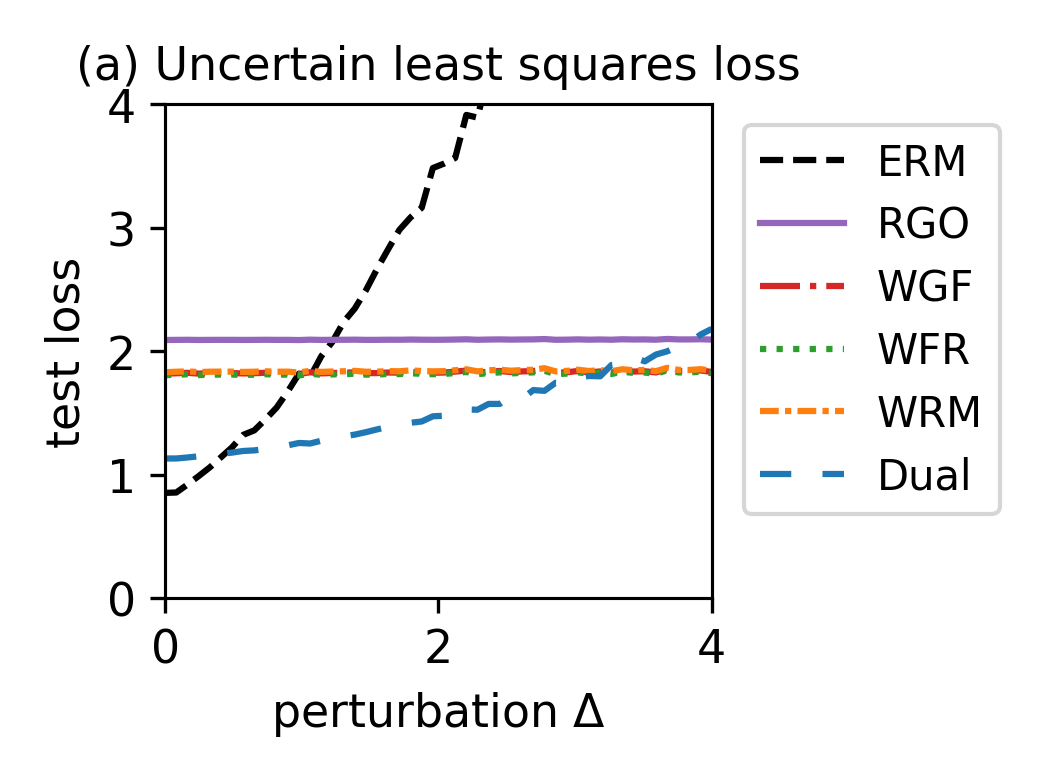
Repository: ZusenXu/GFS-DRO
Script's output: python uncertain_least_squares/uncertain_least_squares.py
The author's editor kept a copy of each file at every save. The script's output is drawn from the files as they stood at one save, then again after the next save.
Random numbers start from a fixed seed.

Above is the script's output before, as saved 2025-09-13 21:35:22.

After the next save:
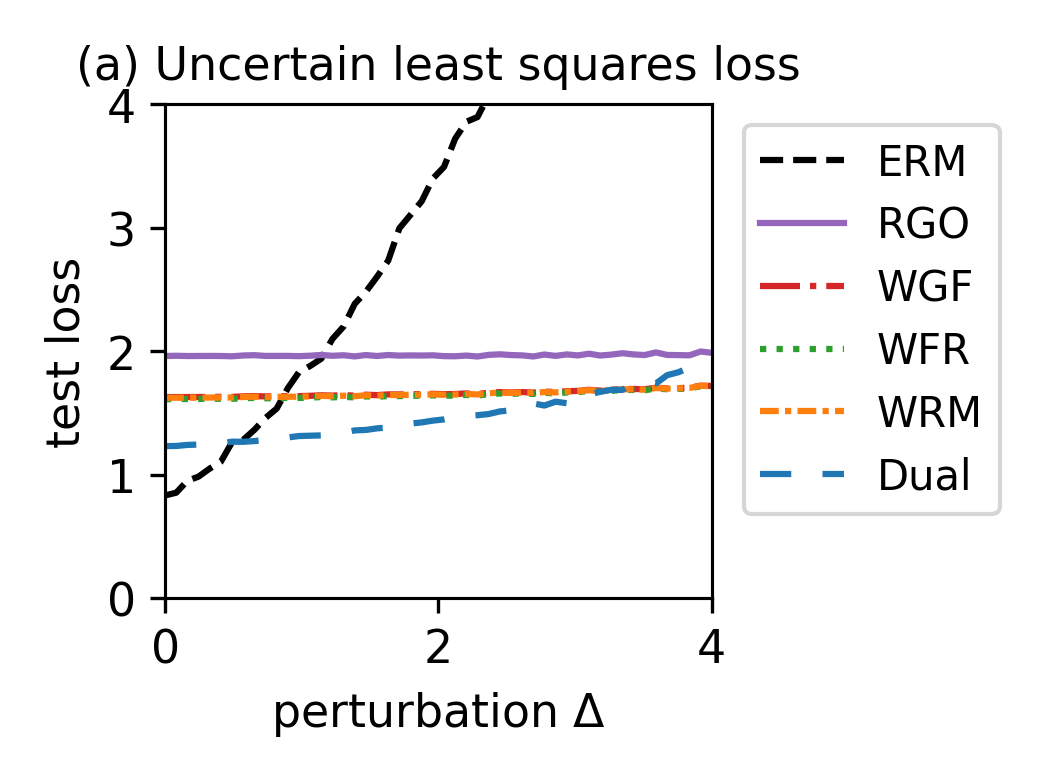
Saved 10 s later.
--- a/uncertain_least_squares/uncertain_least_squares.py
+++ b/uncertain_least_squares/uncertain_least_squares.py
@@ -28,8 +28,8 @@ GRAD_CLIP_THRESHOLD = 10.0 # 梯度裁剪阈值，防止梯度爆炸
 RGO_SMOOTHNESS_L = 0.5 # 假设的损失函数平滑度 L (需满足 LAMBDA_VAL > L/2)
 
 # WGF (算法3), WFR (算法4), WRM 特定参数
-K_INNER_STEPS = 50  # 内部循环迭代次数 K (现在作为基准次数)
-INNER_STEP_SIZE = 0.1 # 内部循环步长 eta
+K_INNER_STEPS = 100  # 内部循环迭代次数 K (现在作为基准次数)
+INNER_STEP_SIZE = 0.01 # 内部循环步长 eta
 WFR_WEIGHT_STEP_SIZE = 0.08 # WFR 中权重更新的步长
 
 # WGF, WFR, RGO 特定参数
